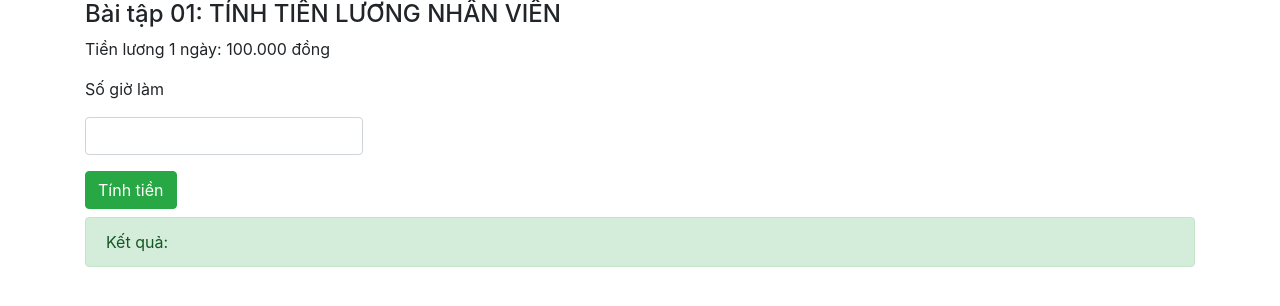
Repository: ducdatit2002/javascript-tinh-day13
Page: index.html
An editor plug-in stored every save of this project. The page is shown before and after a run of saves, followed by the edit.
The browser window is 1280 px wide. The pictures show the whole page.

Above is the page before, as saved 2023-08-13 23:53:46.

After the next 2 saves:
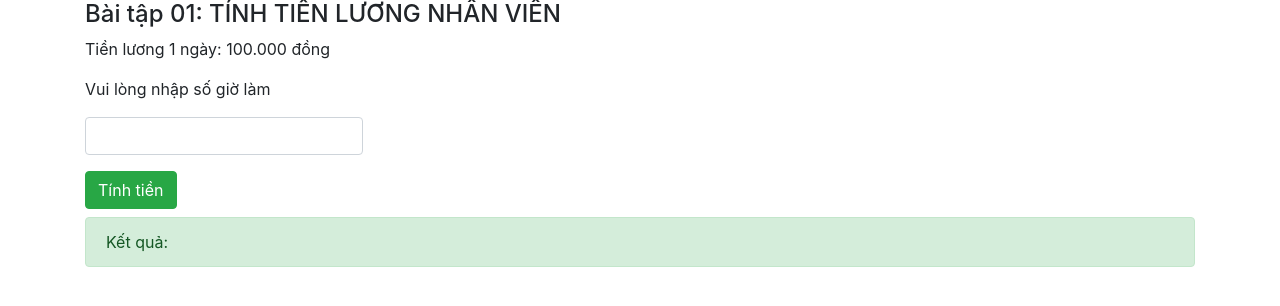
The 2 saves are shown as one change because they came seconds apart.
The last was saved 26 s later.
--- a/index.html
+++ b/index.html
@@ -26,7 +26,7 @@
           <p>Tiền lương 1 ngày: 100.000 đồng</p>
         </div>
         <div class="form-group">
-          <p>Số giờ làm</p>
+          <p>Vui lòng nhập số giờ làm</p>
           <input id="soGioLam" class="form-control w-25" />
         </div>
         <button
